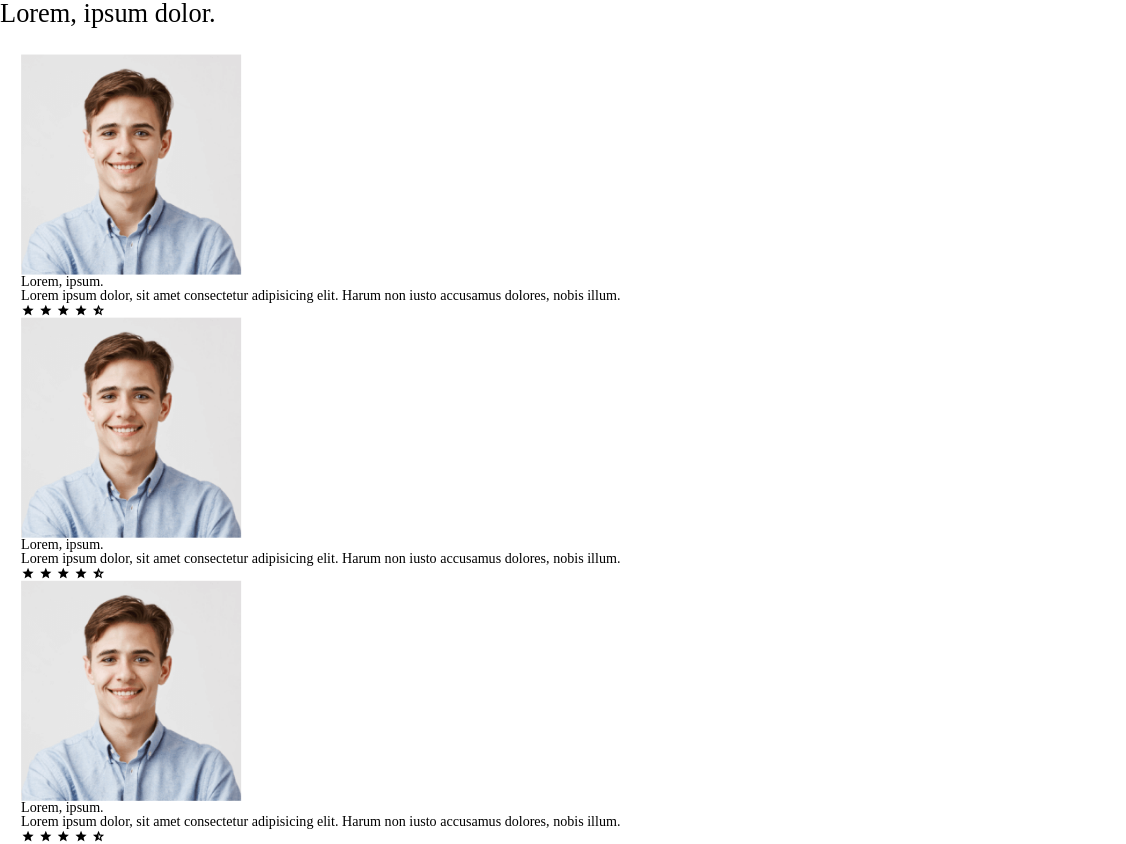
Repository: dinhhaidh/slider-3
Page: index.html
An editor plug-in stored every save of this project. The page is shown before and after a run of saves, followed by the edit.
The browser window is 1280 px wide. The pictures show the whole page, at 88% of full size.

Above is the page before, as saved 2024-03-22 21:52:14.

### index.html
<!DOCTYPE html>
<html lang="en">
<head>
    <meta charset="UTF-8">
    <meta name="viewport" content="width=device-width, initial-scale=1.0">
    <title>Document</title>
    <link rel="stylesheet" href="https://cdnjs.cloudflare.com/ajax/libs/remixicon/4.2.0/remixicon.min.css">

    <link rel="stylesheet" href="./css/swiper-bundle.min.css">

    <link rel="stylesheet" href="./css/style.css">

</head>
<body>
    <div class="new">
        <h3 class="new__title">
            Lorem, ipsum dolor.
        </h3>

        <div class="new__container container">
            <div class="new__swiper">
                <div>
                    <article class="new__card new__article">
                        <img src="./img1.png" alt="" class="new__img">
                        <h3 class="new__subtitle">
                            Lorem, ipsum.
                        </h3>
                        <p class="new__description">
                            Lorem ipsum dolor, sit amet consectetur adipisicing elit. Harum non iusto accusamus dolores, nobis illum.
                        </p>
                        <div class="new__stars">
                            <i class="ri-star-s-fill"></i>
                            <i class="ri-star-s-fill"></i>
                            <i class="ri-star-s-fill"></i>
                            <i class="ri-star-s-fill"></i>
                            <i class="ri-star-half-s-line"></i>
                        </div>
                    </article>

                    <article class="new__card new__article">
                        <img src="./img1.png" alt="" class="new__img">
                        <h3 class="new__subtitle">
                            Lorem, ipsum.
                        </h3>
                        <p class="new__description">
                            Lorem ipsum dolor, sit amet consectetur adipisicing elit. Harum non iusto accusamus dolores, nobis illum.
                        </p>
                        <div class="new__stars">
                            <i class="ri-star-s-fill"></i>
                            <i class="ri-star-s-fill"></i>
                            <i class="ri-star-s-fill"></i>
                            <i class="ri-star-s-fill"></i>
                            <i class="ri-star-half-s-line"></i>
                        </div>
                    </article>

                    <article class="new__card new__article">
                        <img src="./img1.png" alt="" class="new__img">
                        <h3 class="new__subtitle">
                            Lorem, ipsum.
                        </h3>
                        <p class="new__description">
                            Lorem ipsum dolor, sit amet consectetur adipisicing elit. Harum non iusto accusamus dolores, nobis illum.
                        </p>
                        <div class="new__stars">
                            <i class="ri-star-s-fill"></i>
                            <i class="ri-star-s-fill"></i>
                            <i class="ri-star-s-fill"></i>
                            <i class="ri-star-s-fill"></i>
                            <i class="ri-star-half-s-line"></i>
                        </div>
                    </article>
                </div>
            </div>
        </div>
    </div>

    <script src="./js/swiper-bundle.min.js"></script>
    <script src="./js/app.js"></script>
</body>
</html>

### css/style.css
*,
*:before,
*:after {
  box-sizing: border-box;
}
* {
  margin: 0;
  padding: 0;
  font: inherit;
}
img,
picture,
svg,
video {
  display: block;
  max-width: 100%;
}
input,
select,
textarea {
  background-color: transparent;
  outline: none;
}
button {
  cursor: pointer;
  background-color: transparent;
  outline: none;
  border: 0;
}
body {
  min-height: 100vh;
  font-weight: 400;
  font-size: 16px;
  line-height: 1;
}

.container{
  max-width: 1220px;
  Margin-inline: 1.5rem;
}


.new__title{
  font-size: 30px;
  margin-bottom: 2rem;
}

.new__card{
}
.new__article{

}
.new__img{

}
.new__subtitle{

}
.new__description{

}
.new__stars{

}
.ri-star-s-fill{

}
.ri-star-half-s-line{

}

### js/app.js

let swiperCustomer = new Swiper('.customer__swiper', {
    loop: true,
    spaceBetween: 16,
    slidesPerView: 'auto',
    centeredSlides: true,


     // Navigation arrows
    navigation: {
        nextEl: '.swiper-button-next',
        prevEl: '.swiper-button-prev',
    },

    breakpoints: {
        1150: {
            slidesPerView: 3,
            centeredSlides: false,
        }
    }
});

Loaded but not shown: css/swiper-bundle.min.css (library); js/swiper-bundle.min.js (library)

After the next 4 saves:
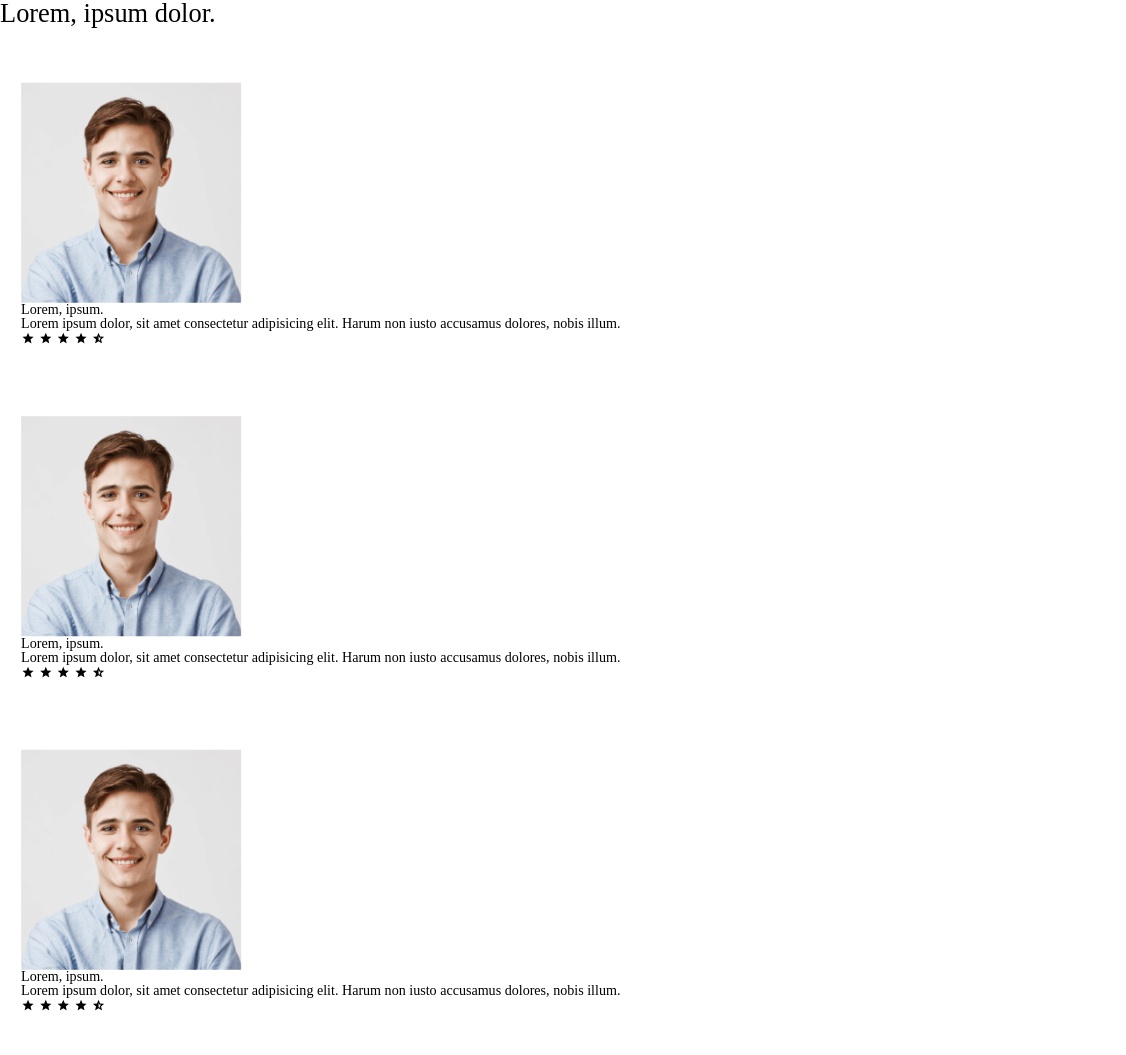
The 4 saves are shown as one change because they came seconds apart.
The last was saved 13 s later.
--- a/css/style.css
+++ b/css/style.css
@@ -48,7 +48,7 @@ body {
 .new__card{
 }
 .new__article{
-
+  padding: 2rem 0 3rem;
 }
 .new__img{
 
